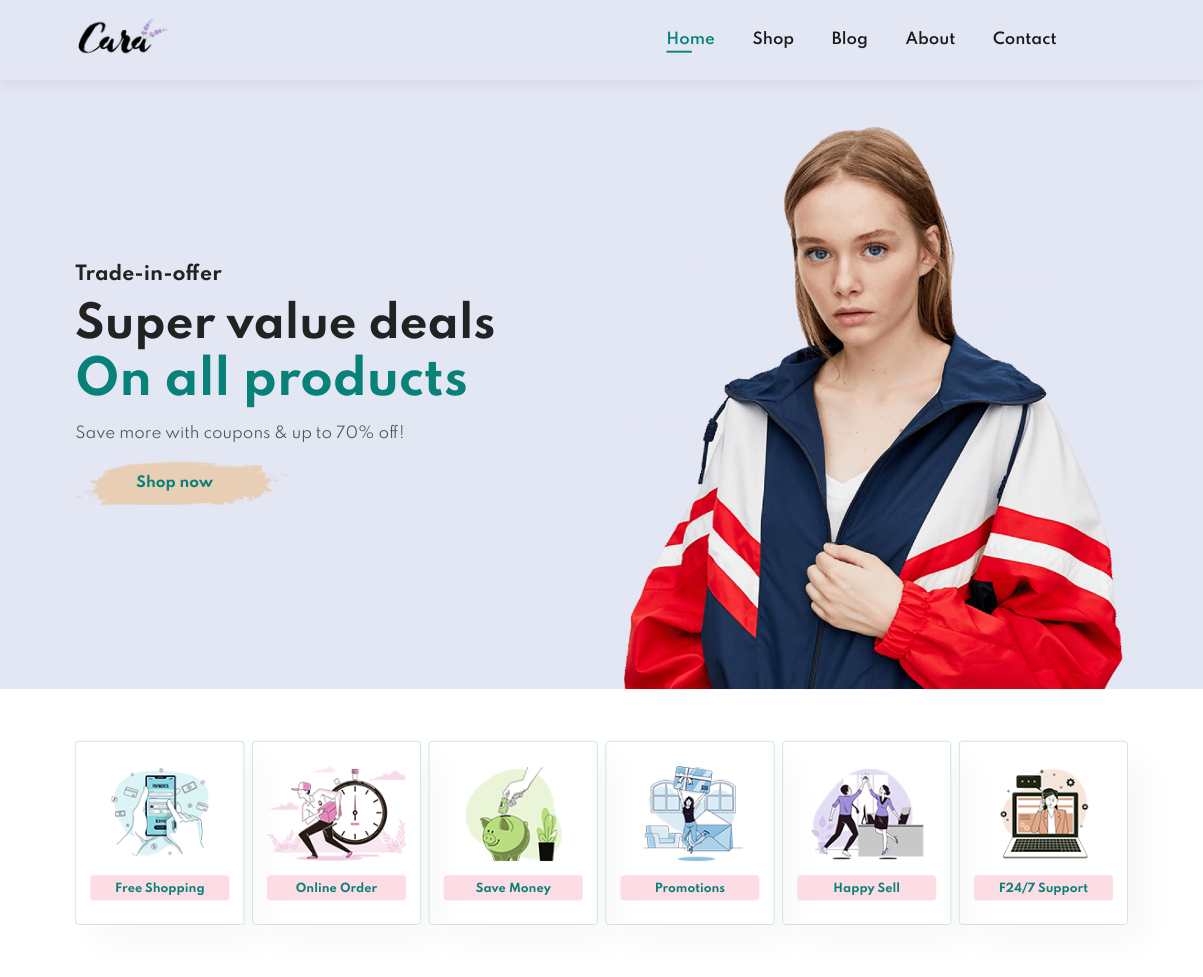
Repository: MinhNhatIT2901/Ecommerce
Page: index.html
An editor plug-in stored every save of this project. The page is shown before and after the next save, followed by the edit.
The browser window is 1280 px wide. The pictures show the whole page, at 94% of full size.
Some web libraries are served in a nearby version.

Above is the page before, as saved 2022-01-07 23:40:39.

### index.html
<!DOCTYPE html>
<html lang="en">
<head>
    <meta charset="UTF-8">
    <meta http-equiv="X-UA-Compatible" content="IE=edge">
    <meta name="viewport" content="width=device-width, initial-scale=1.0">
    <title>Ecommerce</title>
    <link rel="stylesheet" href="https://pro.fontawesome.com/releases/v5.10.0/css/all.css" integrity="sha384-AYmEC3Yw5cVb3ZcuHtOA93w35dYTsvhLPVnYs9eStHfGJvOvKxVfELGroGkvsg+p" crossorigin="anonymous"/>
    <link rel="stylesheet" href="style.css">
</head>
<body>

    <section id="header">
        <a href="">
            <img src="imgs/img/logo.png" alt="" class="logo">
        </a>
        <div>
            <ul id="navbar">
                <li><a class="active" href="index.html">Home</a></li>
                <li><a href="shop.html">Shop</a></li>
                <li><a href="blog.html">Blog</a></li>
                <li><a href="about.html">About</a></li>
                <li><a href="contact.html">Contact</a></li>
                <li><a href="cart.html"><i class="far fa-shopping-bag"></i></a></li>
            </ul>
        </div>
    </section>

    <section id="hero">
        <h4>Trade-in-offer</h4>
        <h2>Super value deals</h2>
        <h1>On all products</h1>
        <p>Save more with coupons & up to 70% off! </p>
        <button>Shop now</button>
    </section>

    <section id="feature" class="section-p1">
        <div class="fe-box">
            <img src="imgs/img/features/f1.png" alt="">
            <h6>Free Shopping</h6>
        </div>
        <div class="fe-box">
            <img src="imgs/img/features/f2.png" alt="">
            <h6>Online Order</h6>
        </div>
        <div class="fe-box">
            <img src="imgs/img/features/f3.png" alt="">
            <h6>Save Money</h6>
        </div>
        <div class="fe-box">
            <img src="imgs/img/features/f4.png" alt="">
            <h6>Promotions</h6>
        </div>
        <div class="fe-box">
            <img src="imgs/img/features/f5.png" alt="">
            <h6>Happy Sell</h6>
        </div>
        <div class="fe-box">
            <img src="imgs/img/features/f6.png" alt="">
            <h6>F24/7 Support</h6>
        </div>
    </section>
    <script src="style.js"></script>
</body>
</html>

### style.css
@import url("https://fonts.googleapis.com/css2?family=Poppins:wght@400;500;600;700&family=Spartan:wght@400;500;600;700&display=swap");

:root {
  --primary-color: #088178;
}
* {
  padding: 0;
  margin: 0;
  box-sizing: border-box;
  font-family: "Spartan", sans-serif;
}

h1 {
  font-size: 50px;
  line-height: 64px;
  color: #222;
}

h2 {
  font-size: 46px;
  line-height: 54px;
  color: #222;
}

h4 {
  font-size: 20px;
  color: #222;
}

h6 {
  font-weight: 700;
  font-size: 12px;
}

p {
  font-size: 16px;
  color: #465b52;
  margin: 15px 0 20px 0;
}

.section-p1 {
  padding: 40px 80px;
}

.section-m1 {
  margin: 40px 0;
}

body {
  width: 100%;
}

/* Header */
#header {
  display: flex;
  align-items: center;
  justify-content: space-between;
  padding: 20px 80px;
  background: #e3e6f3;
  box-shadow: 0 5px 15px rgba(0, 0, 0, 0.06);
  z-index: 100;
  position: sticky;
  top: 0;
  left: 0;
}

#navbar {
  display: flex;
  align-items: center;
  justify-content: center;
}

#navbar li {
  list-style: none;
  padding: 0 20px;
  position: relative;
}

#navbar li a {
  text-decoration: none;
  font-size: 16px;
  font-weight: 600;
  color: #1a1a1a;
  transition: 0.25s ease;
}

#navbar li a:hover,
#navbar li a.active {
  color: var(--primary-color);
}

#navbar li a.active::after {
  content: "";
  width: 30%;
  height: 2px;
  position: absolute;
  bottom: -4px;
  left: 20px;
  background: var(--primary-color);
}

/* Page home */
#hero {
  background-image: url("imgs/img/hero4.png");
  height: 90vh;
  width: 100%;
  background-position: top 25% right 0;
  background-size: cover;
  padding: 0 80px;
  display: flex;
  align-items: flex-start;
  justify-content: center;
  flex-direction: column;
}

#hero h4 {
  padding-bottom: 15px;
}

#hero h1 {
  color: var(--primary-color);
}

#hero button {
  background-image: url("imgs/img/button.png");
  background-color: transparent;
  color: var(--primary-color);
  border: 0;
  padding: 14px 80px 14px 65px;
  background-repeat: no-repeat;
  font-weight: 700;
  font-size: 15px;
}

#feature {
  display: flex;
  align-items: center;
  justify-content: space-between;
  flex-wrap: wrap;
}

#feature .fe-box {
  width: 180px;
  text-align: center;
  padding: 25px 15px;
  box-shadow: 20px 20px 34px rgba(0, 0, 0, 0.03);
  border: 1px solid #cce7d0;
  border-radius: 4px;
  margin: 15px 0;
}

#feature .fe-box:hover {
  box-shadow: 10px 10px 54px rgba(70, 62, 221, 0.1);
}

#feature .fe-box img {
  width: 100%;
  margin-bottom: 10px;
}

#feature .fe-box h6 {
  padding: 9px 8px 6px 8px;
  line-height: 1;
  border-radius: 4px;
  color: #088178;
  background-color: #fddde4;
}

Loaded but not shown: style.js (no copy from this time; the picture is the same without it)

After the next save:
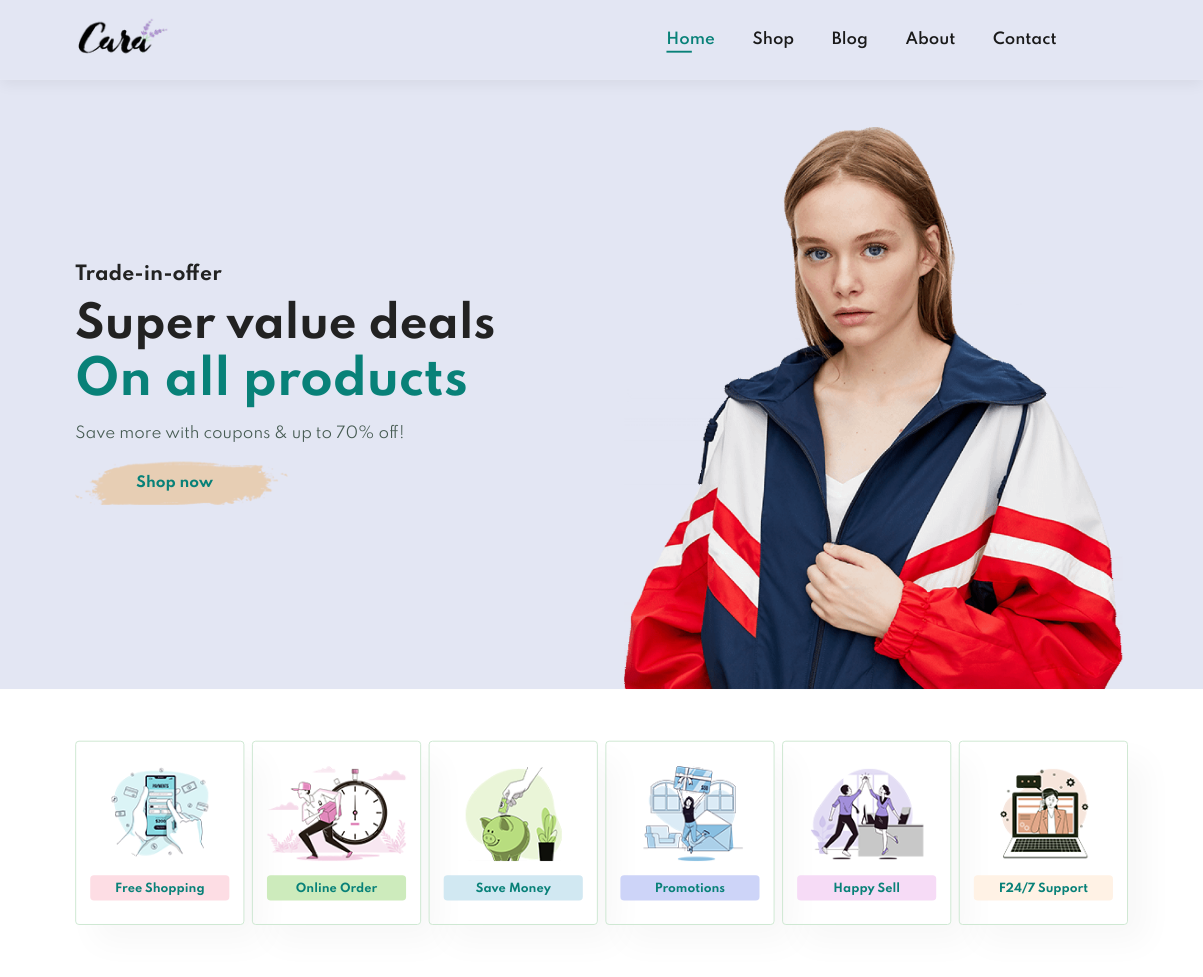
Saved 3 min 25 s later.
--- a/style.css
+++ b/style.css
@@ -165,3 +165,23 @@ body {
   color: #088178;
   background-color: #fddde4;
 }
+
+#feature .fe-box:nth-child(2) h6 {
+  background-color: #cdebbc;
+}
+
+#feature .fe-box:nth-child(3) h6 {
+  background-color: #d1e8f2;
+}
+
+#feature .fe-box:nth-child(4) h6 {
+  background-color: #cdd4f8;
+}
+
+#feature .fe-box:nth-child(5) h6 {
+  background-color: #f6dbf6;
+}
+
+#feature .fe-box:nth-child(6) h6 {
+  background-color: #fff2e5;
+}
